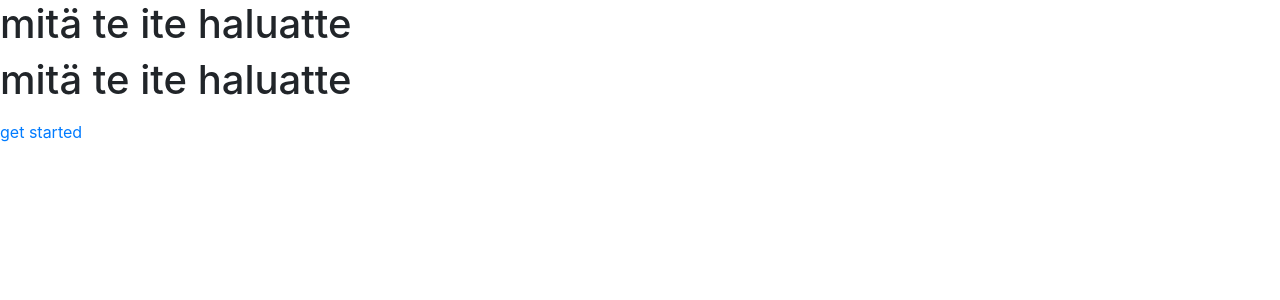
Repository: jessehapuli/jessehapuli.github.io
Page: Bootstrap/index.html
The author's editor kept a copy of each file at every save. The page is drawn from the files as they stood at one save, then again after the next save.
The browser window is 1280 px wide. The pictures show the whole page.

Above is the page before, as saved 2024-04-24 09:20:26.

After the next save:
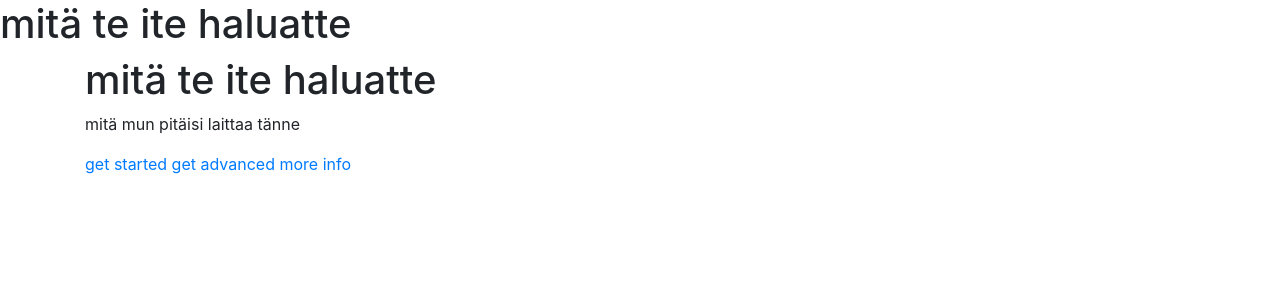
Saved 3 min 21 s later.
--- a/Bootstrap/index.html
+++ b/Bootstrap/index.html
@@ -11,12 +11,15 @@
     <title>Hello, world!</title>
   </head>
   <body>
+
     <h1>mitä te ite haluatte</h1>
 
-    <section>
+    <section class="container" bg-dark>
       <h1>mitä te ite haluatte</h1>
-      <p></p>
+      <p>mitä mun pitäisi laittaa tänne</p>
       <a href="">get started</a>
+      <a href="">get advanced</a>
+      <a href="">more info</a>
     </section>
 
     <!-- Optional JavaScript; choose one of the two! -->
